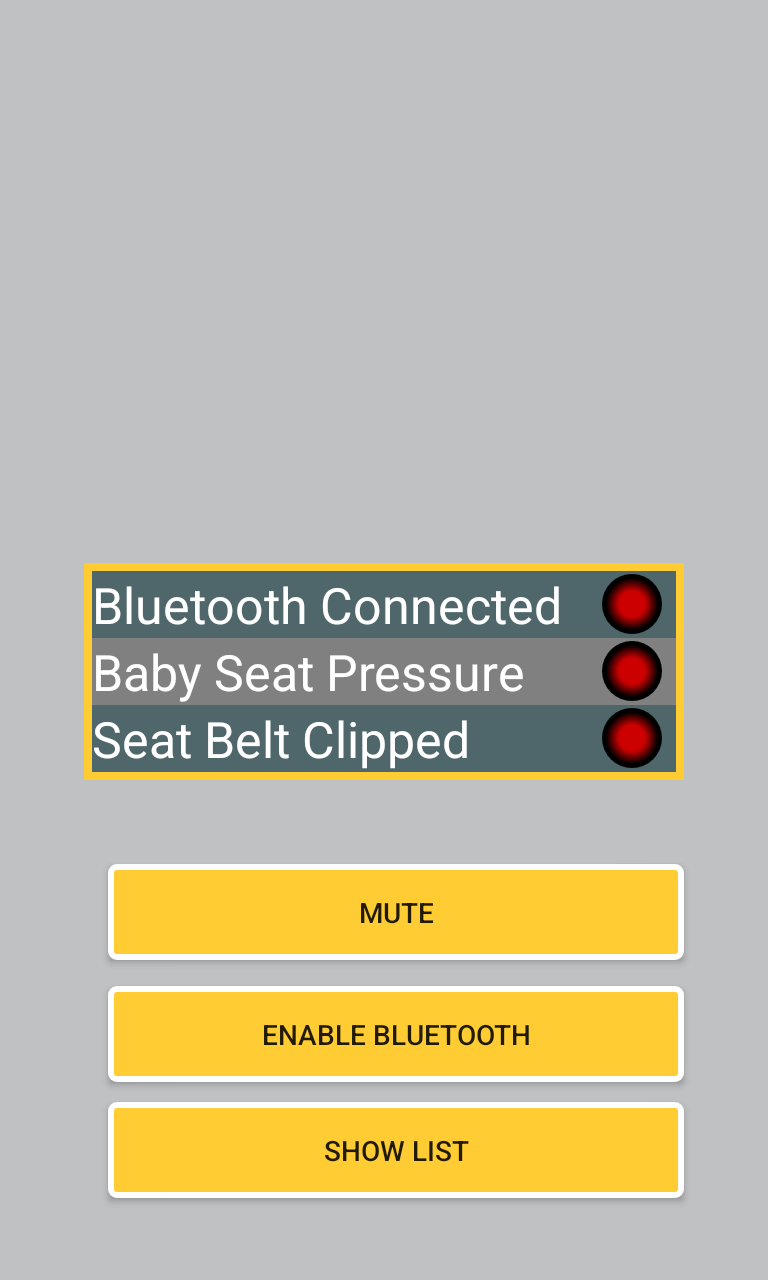
Repository: kqbright/Senior_Design2_Baby_Saver_Android_App
Layout: AppWorkspace/BabyCarTest/res/layout/activity_main.xml
These files come from the project's save history. The layout is drawn as it stood at one moment and after the next save; the edit follows.
It is drawn on a 768 x 1280 px phone screen (xhdpi) without system bars, with theme AppTheme; the app's code is not run.

Above is the layout before, as saved 2014-12-01 02:56:40.

### AppWorkspace/BabyCarTest/res/layout/activity_main.xml
<RelativeLayout xmlns:android="http://schemas.android.com/apk/res/android"
    xmlns:tools="http://schemas.android.com/tools"
    android:layout_width="match_parent"
    android:layout_height="match_parent"
    android:gravity="center_horizontal"
    android:orientation="vertical"
    android:background="#BFC1C2"
    android:paddingBottom="@dimen/activity_vertical_margin"
    android:paddingLeft="@dimen/activity_horizontal_margin"
    android:paddingRight="@dimen/activity_horizontal_margin"
    android:paddingTop="@dimen/activity_vertical_margin"
    tools:context="com.babycartest.MainActivity" >

    <TextView
        android:id="@+id/textView1"
        android:layout_width="wrap_content"
        android:layout_height="wrap_content"
        android:layout_below="@+id/button4"
        android:layout_centerHorizontal="true"
        android:layout_marginTop="46dp"
        android:text=""
        android:textAppearance="?android:attr/textAppearanceLarge" />

    <Button
        android:id="@+id/button1"
        android:layout_width="288dp"
        android:layout_height="wrap_content"
        android:layout_above="@+id/button2"
        android:layout_centerHorizontal="true"
        android:layout_marginBottom="10dp"
        android:background="@drawable/custom_button1"
        android:text="@string/button_text" />

    <TableLayout
        android:id="@+id/tableLayout1"
        android:layout_width="300dp"
        android:layout_height="wrap_content"
        android:layout_above="@+id/button4"
        android:layout_alignRight="@+id/button4"
        android:layout_marginBottom="42dp"
        android:background="@drawable/table_border"
        android:stretchColumns="0,1,2" >

        <TableRow
            android:id="@+id/tableRow2"
            android:layout_width="match_parent"
            android:layout_height="wrap_content"
            android:layout_gravity="center_horizontal"
            android:background="@color/stormcloud" >

            <TextView
                android:text="@string/connected"
                android:textColor="@color/white"
                android:textSize="25sp" />

            <ImageView
                android:id="@+id/circle1"
                android:layout_gravity="center"
                android:background="@drawable/red_circle"
                android:contentDescription="@string/red_circle" />
        </TableRow>

        <TableRow
            android:id="@+id/tableRow3"
            android:layout_width="wrap_content"
            android:layout_height="wrap_content"
            android:background="@color/trolley_grey" >

            <TextView
                android:text="@string/pressure_applied"
                android:textColor="@color/white"
                android:textSize="25sp" />

            <ImageView
                android:id="@+id/circle2"
                android:layout_gravity="center"
                android:background="@drawable/red_circle"
                android:contentDescription="@string/red_circle" />
        </TableRow>

        <TableRow
            android:id="@+id/tableRow4"
            android:layout_width="wrap_content"
            android:layout_height="wrap_content"
            android:background="@color/stormcloud" >

            <TextView
                android:text="@string/seat_belt"
                android:textColor="@color/white"
                android:textSize="25sp" />

            <ImageView
                android:id="@+id/circle3"
                android:layout_gravity="center"
                android:background="@drawable/red_circle"
                android:contentDescription="@string/red_circle" />
        </TableRow>


    </TableLayout>

    <Button
        android:id="@+id/button4"
        android:layout_width="wrap_content"
        android:layout_height="wrap_content"
        android:layout_above="@+id/button1"
        android:layout_alignLeft="@+id/button1"
        android:layout_alignRight="@+id/button1"
        android:layout_marginBottom="13dp"
        android:background="@drawable/custom_button1"
        android:text="@string/mute" />

    <Button
        android:id="@+id/button2"
        android:layout_width="wrap_content"
        android:layout_height="wrap_content"
        android:layout_alignLeft="@+id/button1"
        android:layout_alignParentBottom="true"
        android:layout_alignRight="@+id/button1"
        android:layout_marginBottom="25dp"
        android:background="@drawable/custom_button1"
        android:text="@string/button2_text" />

</RelativeLayout>

### AppWorkspace/BabyCarTest/res/drawable-hdpi/custom_button1.xml
<?xml version="1.0" encoding="utf-8"?>
<selector
    xmlns:android="http://schemas.android.com/apk/res/android">

    <item android:state_pressed="true" >
        <shape>
            <solid
                android:color="@color/willpower_orange"/>
            <stroke
                android:width="3dp"
                android:color="@color/white" />

            <corners
                android:radius="3dp" />
            <padding
                android:left="10dp"
                android:top="10dp"
                android:right="10dp"
                android:bottom="10dp" />
        </shape>
    </item>

    <item android:state_focused="true" >
        <shape>
            <solid
                android:color="@color/medium_champagne"
                />
                        <stroke
                android:width="3dp"
                android:color="@color/white" />

            <corners
                android:radius="3dp" />
            <padding
                android:left="10dp"
                android:top="10dp"
                android:right="10dp"
                android:bottom="10dp" />
        </shape>
    </item>

    <item>
        <shape>
            <solid
                android:color="@color/sunglow" />
            <stroke
                android:width="3dp"
                android:color="@color/white" />
            <corners
                android:radius="3dp" />
            <padding
                android:left="10dp"
                android:top="10dp"
                android:right="10dp"
                android:bottom="10dp" />
        </shape>
    </item>
</selector>

### AppWorkspace/BabyCarTest/res/drawable-ldpi/custom_button1.xml
<?xml version="1.0" encoding="utf-8"?>
<selector
    xmlns:android="http://schemas.android.com/apk/res/android">

    <item android:state_pressed="true" >
        <shape>
            <solid
                android:color="@color/willpower_orange"/>
            <stroke
                android:width="3dp"
                android:color="@color/white" />

            <corners
                android:radius="3dp" />
            <padding
                android:left="10dp"
                android:top="10dp"
                android:right="10dp"
                android:bottom="10dp" />
        </shape>
    </item>

    <item android:state_focused="true" >
        <shape>
            <solid
                android:color="@color/medium_champagne"
                />
                        <stroke
                android:width="3dp"
                android:color="@color/white" />

            <corners
                android:radius="3dp" />
            <padding
                android:left="10dp"
                android:top="10dp"
                android:right="10dp"
                android:bottom="10dp" />
        </shape>
    </item>

    <item>
        <shape>
            <solid
                android:color="@color/sunglow" />
            <stroke
                android:width="3dp"
                android:color="@color/white" />
            <corners
                android:radius="3dp" />
            <padding
                android:left="10dp"
                android:top="10dp"
                android:right="10dp"
                android:bottom="10dp" />
        </shape>
    </item>
</selector>

### AppWorkspace/BabyCarTest/res/drawable-mdpi/custom_button1.xml
<?xml version="1.0" encoding="utf-8"?>
<selector
    xmlns:android="http://schemas.android.com/apk/res/android">

    <item android:state_pressed="true" >
        <shape>
            <solid
                android:color="@color/willpower_orange"/>
            <stroke
                android:width="3dp"
                android:color="@color/white" />

            <corners
                android:radius="3dp" />
            <padding
                android:left="10dp"
                android:top="10dp"
                android:right="10dp"
                android:bottom="10dp" />
        </shape>
    </item>

    <item android:state_focused="true" >
        <shape>
            <solid
                android:color="@color/medium_champagne"
                />
                        <stroke
                android:width="3dp"
                android:color="@color/white" />

            <corners
                android:radius="3dp" />
            <padding
                android:left="10dp"
                android:top="10dp"
                android:right="10dp"
                android:bottom="10dp" />
        </shape>
    </item>

    <item>
        <shape>
            <solid
                android:color="@color/sunglow" />
            <stroke
                android:width="3dp"
                android:color="@color/white" />
            <corners
                android:radius="3dp" />
            <padding
                android:left="10dp"
                android:top="10dp"
                android:right="10dp"
                android:bottom="10dp" />
        </shape>
    </item>
</selector>

### AppWorkspace/BabyCarTest/res/drawable-xhdpi/custom_button1.xml
<?xml version="1.0" encoding="utf-8"?>
<selector
    xmlns:android="http://schemas.android.com/apk/res/android">

    <item android:state_pressed="true" >
        <shape>
            <solid
                android:color="@color/willpower_orange"/>
            <stroke
                android:width="3dp"
                android:color="@color/white" />

            <corners
                android:radius="3dp" />
            <padding
                android:left="10dp"
                android:top="10dp"
                android:right="10dp"
                android:bottom="10dp" />
        </shape>
    </item>

    <item android:state_focused="true" >
        <shape>
            <solid
                android:color="@color/medium_champagne"
                />
                        <stroke
                android:width="3dp"
                android:color="@color/white" />

            <corners
                android:radius="3dp" />
            <padding
                android:left="10dp"
                android:top="10dp"
                android:right="10dp"
                android:bottom="10dp" />
        </shape>
    </item>

    <item>
        <shape>
            <solid
                android:color="@color/sunglow" />
            <stroke
                android:width="3dp"
                android:color="@color/white" />
            <corners
                android:radius="3dp" />
            <padding
                android:left="10dp"
                android:top="10dp"
                android:right="10dp"
                android:bottom="10dp" />
        </shape>
    </item>
</selector>

### AppWorkspace/BabyCarTest/res/drawable-xxhdpi/custom_button1.xml
<?xml version="1.0" encoding="utf-8"?>
<selector
    xmlns:android="http://schemas.android.com/apk/res/android">

    <item android:state_pressed="true" >
        <shape>
            <solid
                android:color="@color/willpower_orange"/>
            <stroke
                android:width="3dp"
                android:color="@color/white" />

            <corners
                android:radius="3dp" />
            <padding
                android:left="10dp"
                android:top="10dp"
                android:right="10dp"
                android:bottom="10dp" />
        </shape>
    </item>

    <item android:state_focused="true" >
        <shape>
            <solid
                android:color="@color/medium_champagne"
                />
                        <stroke
                android:width="3dp"
                android:color="@color/white" />

            <corners
                android:radius="3dp" />
            <padding
                android:left="10dp"
                android:top="10dp"
                android:right="10dp"
                android:bottom="10dp" />
        </shape>
    </item>

    <item>
        <shape>
            <solid
                android:color="@color/sunglow" />
            <stroke
                android:width="3dp"
                android:color="@color/white" />
            <corners
                android:radius="3dp" />
            <padding
                android:left="10dp"
                android:top="10dp"
                android:right="10dp"
                android:bottom="10dp" />
        </shape>
    </item>
</selector>

### AppWorkspace/BabyCarTest/res/values/strings.xml
<?xml version="1.0" encoding="utf-8"?>
<resources>

    <string name="app_name">Baby Car Test</string>
    <string name="hello_world">Hello world!</string>
    <string name="action_settings">Settings</string>
    <string name="button_text">Enable Bluetooth</string>
    <string name="button2_text">Show list</string>
    <string name="pick_device">Select a Device</string>
    <string name="connected">Bluetooth Connected</string>
    <string name="led_on">ON</string>
    <string name="mute">MUTE</string>
    <string name="pressure_applied">Baby Seat Pressure</string>
    <string name="seat_belt">Seat Belt Clipped</string>
    <string name="temp_lbl">Temperature</string>
    <string name="temp">72</string>
    <string name="red_circle">Red Circle</string>
    <string name="no_baby">No Child Detected</string>
    <string name="baby_in_car">Child in the Car</string>

</resources>

### AppWorkspace/BabyCarTest/res/drawable-hdpi/table_border.xml
<?xml version="1.0" encoding="utf-8"?>
<shape xmlns:android="http://schemas.android.com/apk/res/android"
    android:shape="rectangle">
    <solid
        android:color="@color/sunglow"/>
    <padding android:left="4dp"
        android:top="4dp"
        android:right="4dp"
        android:bottom="4dp" />

</shape>

### AppWorkspace/BabyCarTest/res/drawable-ldpi/table_border.xml
<?xml version="1.0" encoding="utf-8"?>
<shape xmlns:android="http://schemas.android.com/apk/res/android"
    android:shape="rectangle">
    <solid
        android:color="@color/sunglow"/>
    <padding android:left="4dp"
        android:top="4dp"
        android:right="4dp"
        android:bottom="4dp" />

</shape>

### AppWorkspace/BabyCarTest/res/drawable-mdpi/table_border.xml
<?xml version="1.0" encoding="utf-8"?>
<shape xmlns:android="http://schemas.android.com/apk/res/android"
    android:shape="rectangle">
    <solid
        android:color="@color/sunglow"/>
    <padding android:left="4dp"
        android:top="4dp"
        android:right="4dp"
        android:bottom="4dp" />

</shape>

### AppWorkspace/BabyCarTest/res/drawable-xhdpi/table_border.xml
<?xml version="1.0" encoding="utf-8"?>
<shape xmlns:android="http://schemas.android.com/apk/res/android"
    android:shape="rectangle">
    <solid
        android:color="@color/sunglow"/>
    <padding android:left="4dp"
        android:top="4dp"
        android:right="4dp"
        android:bottom="4dp" />

</shape>

### AppWorkspace/BabyCarTest/res/drawable-xxhdpi/table_border.xml
<?xml version="1.0" encoding="utf-8"?>
<shape xmlns:android="http://schemas.android.com/apk/res/android"
    android:shape="rectangle">
    <solid
        android:color="@color/sunglow"/>
    <padding android:left="4dp"
        android:top="4dp"
        android:right="4dp"
        android:bottom="4dp" />

</shape>

### AppWorkspace/BabyCarTest/res/values/color.xml
<?xml version="1.0" encoding="utf-8"?>
<resources>

    <color name="white">#FFFFFF</color>
    <color name="medium_champagne">#F3E5AB</color>


    <color name="sunglow">#FFCC33</color>
    <color name="tangerine">#F28500</color>
    <color name="willpower_orange">#FD5800</color>


    <color name="stormcloud">#4F666A</color>
    <color name="trolley_grey">#808080</color>


    <color name="spring_green">#00FF7F</color>


    <color name="university_red">#CC0000</color>

    <color name="black">#000000</color>

</resources>

### AppWorkspace/BabyCarTest/res/drawable-hdpi/red_circle.xml
<?xml version="1.0" encoding="utf-8"?>
<shape xmlns:android="http://schemas.android.com/apk/res/android"
    android:shape="oval">
    <gradient
        android:type="radial"
        android:centerColor="@color/university_red"
        android:startColor="@color/university_red"
        android:endColor="@color/black"
        android:gradientRadius="20"
        />
    <padding android:left="10dp"
        android:top="10dp"
        android:right="10dp"
        android:bottom="10dp" />
    <size
        android:width="30dp"
        android:height="30dp"/>
</shape>

### AppWorkspace/BabyCarTest/res/drawable-ldpi/red_circle.xml
<?xml version="1.0" encoding="utf-8"?>
<shape xmlns:android="http://schemas.android.com/apk/res/android"
    android:shape="oval">
    <gradient
        android:type="radial"
        android:centerColor="@color/university_red"
        android:startColor="@color/university_red"
        android:endColor="@color/white"
        android:gradientRadius="10"
        />
    <padding
        android:left="10dp"
        android:top="10dp"
        android:right="10dp"
        android:bottom="10dp" />
    <size
        android:width="30dp"
        android:height="30dp"/>
</shape>

### AppWorkspace/BabyCarTest/res/drawable-mdpi/red_circle.xml
<?xml version="1.0" encoding="utf-8"?>
<shape xmlns:android="http://schemas.android.com/apk/res/android"
    android:shape="oval">
    <gradient
        android:type="radial"
        android:centerColor="@color/university_red"
        android:startColor="@color/university_red"
        android:endColor="@color/white"
        android:gradientRadius="13"
        />
    <padding android:left="10dp"
        android:top="10dp"
        android:right="10dp"
        android:bottom="10dp" />
    <size
        android:width="30dp"
        android:height="30dp"/>
</shape>

### AppWorkspace/BabyCarTest/res/drawable-xhdpi/red_circle.xml
<?xml version="1.0" encoding="utf-8"?>
<shape xmlns:android="http://schemas.android.com/apk/res/android"
    android:shape="oval">
    <gradient
        android:type="radial"
        android:centerColor="@color/university_red"
        android:startColor="@color/university_red"
        android:endColor="@color/black"
        android:gradientRadius="26"
        />
    <padding android:left="10dp"
        android:top="10dp"
        android:right="10dp"
        android:bottom="10dp" />
    <size
        android:width="30dp"
        android:height="30dp"/>
</shape>

### AppWorkspace/BabyCarTest/res/drawable-xxhdpi/red_circle.xml
<?xml version="1.0" encoding="utf-8"?>
<shape xmlns:android="http://schemas.android.com/apk/res/android"
    android:shape="oval">
    <gradient
        android:type="radial"
        android:centerColor="@color/university_red"
        android:startColor="@color/university_red"
        android:endColor="@color/black"
        android:gradientRadius="39"
        />
    <padding android:left="10dp"
        android:top="10dp"
        android:right="10dp"
        android:bottom="10dp" />
    <size
        android:width="30dp"
        android:height="30dp"/>
</shape>

Loaded but not shown: AppWorkspace/BabyCarTest/res/values/styles.xml (common file); AppWorkspace/BabyCarTest/res/values-v11/styles.xml (common file); AppWorkspace/BabyCarTest/res/values-v14/styles.xml (common file); AppWorkspace/BabyCarTest/res/values/dimens.xml (common file); AppWorkspace/BabyCarTest/res/values-w820dp/dimens.xml (common file)

After the next save:
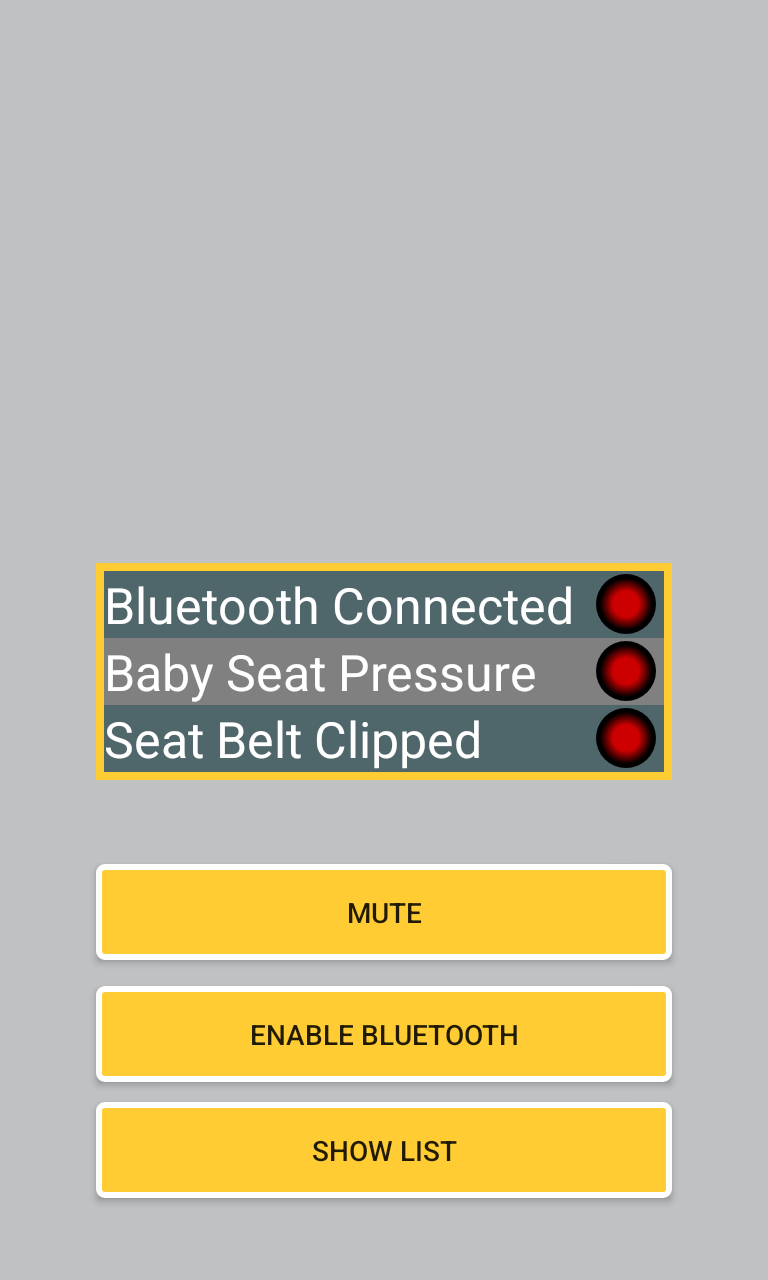
Saved 107 s later.
--- a/AppWorkspace/BabyCarTest/res/layout/activity_main.xml
+++ b/AppWorkspace/BabyCarTest/res/layout/activity_main.xml
@@ -36,6 +36,7 @@
         android:layout_width="300dp"
         android:layout_height="wrap_content"
         android:layout_above="@+id/button4"
+        android:layout_alignLeft="@+id/button4"
         android:layout_alignRight="@+id/button4"
         android:layout_marginBottom="42dp"
         android:background="@drawable/table_border"
